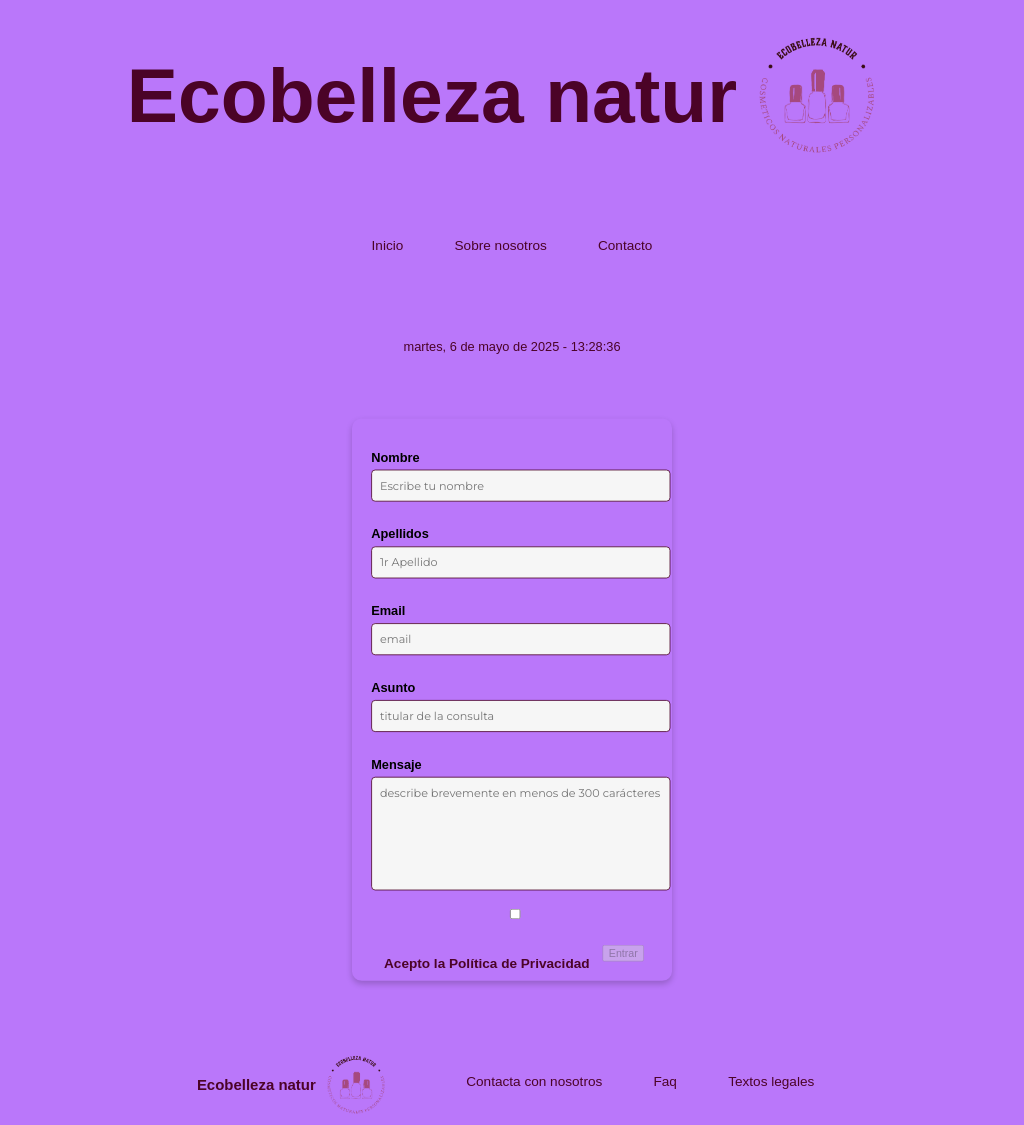
Repository: silvia76-max/ecobelleza-natur
Page: contacto.html
The author's editor kept a copy of each file at every save. The page is drawn from the files as they stood at one save, then again after the next save.
The browser window is 1280 px wide. The pictures show the whole page, at 80% of full size.
Some web fonts or font styles are not loaded; a fallback is used.

Above is the page before, as saved 2025-05-08 10:13:54.

### contacto.html
<!DOCTYPE html>
<html lang="en">
<head>
    <meta charset="UTF-8">
    <meta name="viewport" content="width=device-width, initial-scale=1.0">
    <title>Ecobelleza natur</title>
    <link rel="stylesheet" href="styles/style.css">
    <link rel="stylesheet" href="styles/contacto.css">
    <link rel="icon" type="image/svg+xml" href="/favicon.svg" />
    <link rel="preconnect" href="https://fonts.googleapis.com">
<link rel="preconnect" href="https://fonts.gstatic.com" crossorigin>
<link href="https://fonts.googleapis.com/css2?family=Montserrat:ital,wght@0,100..900;1,100..900&family=Winky+Sans:ital,wght@0,300..900;1,300..900&display=swap" rel="stylesheet">
</head>
<body>
    <header class="hero">
     <h1>Ecobelleza natur</h1>
     <img src="img/logo.png" alt="logo ecobelleza natur">
    </header>
     <nav class="navbar">
        <ul>
            <li><a href="index.html">Inicio</a></li>
            <li><a href="about.html">Sobre nosotros</a></li>
            <li><a href="contacto.html">Contacto</a></li>
        </ul>
     </nav>
     <main class="contenedor">
        <div id="dateTimeDisplay" class="date-container">Cargando...</div>
     </main>

     <form action="#" target="" method="get" name="formDatosPersonales">

        <label for="nombre">Nombre</label>
        <input type="text" name="nombre" id="nombre" placeholder="Escribe tu nombre"/>

        <label for="apellidos">Apellidos</label>
        <input type="text" name="apellidos" id="apellidos" placeholder="1r Apellido"/>

        <label for="email" />Email</label>
        <input type="email" name="email" id="email" placeholder="email" required />

        <label for="asunto">Asunto</label>
        <input type ="text" name="asunto" id="asunto" placeholder="titular de la consulta"/>

        <label for="mensaje">Mensaje</label>
        <textarea name="mensaje" for="mensaje" placeholder="describe brevemente en menos de 300 carácteres" maxlength="300"></textarea>

        <input type="checkbox" id="acceptTerms">
        <label for="acceptTerms"><a href="#">Acepto la Política de Privacidad</a></label>

         <button type="submit" id="submitBtn" disabled>Entrar</button>
    </form>


    <footer>
        <h3>Ecobelleza natur</h3>
        <img src="img/logo.png" alt="logo ecobelleza natur">
        <ul>
         <li><a href="donde nos encontramos"></a>Contacta con nosotros</li>
         <li><a href="preguntas frecuentes"></a>Faq</li>
         <li><a href="textos legales"></a>Textos legales</li>
       </ul>
     </footer>
     <script src="script.js"></script>
 </body>
 </html>

### styles/style.css
body{
    margin:0%;
    padding:0%;
    font-family: "Winky Sans", sans-serif;
    font-style: bold;
    background-color: rgb(186, 119, 250);
  }
header{
    display: flex;
    justify-content: center;
    align-items: center;
}
.hero h1{
    color: rgb(75, 3, 39);
    font-size: 6rem;
}
.hero img{
    width: 200px;
    height: 200px;

}
.navbar{
    display: flex;
   justify-content: center;
   align-items:center;

}
.navbar ul, li, a{
    text-decoration: none;
    list-style: none;
    float: left;
    color:rgb(75, 3, 39);
    text-align: center;
    padding: 14px 16px;
    text-decoration: none;
    font-size: 17px;
}
.contenedor {
    max-width: 100%;
    margin: 3rem auto;
    text-align: center;
    color: rgb(75, 3, 39);
}

.container{
    display: flex;
    flex-direction: column;
    justify-content: center;
    align-items:center;
}
.container h2{
    font-size: 1.5rem;
    color:rgb(75, 3, 39);
}

.container p{
    font-size: 1rem;
    color:rgb(75, 3, 39);

}
.images {
    display: grid;
    grid-template-columns: repeat(3, 1fr);
    gap: 1rem;
    justify-content: center;
    margin-bottom: 2rem;
}
.images img {
    width: 100%;
    max-width: 250px;
    height: auto;
    border-radius: 10px;
    box-shadow: 0 4px 6px rgba(0, 0, 0, 0.1);
}


footer{
    margin-top: 50px;
    display: flex;
    justify-content: center;
    align-items:center;
 }
 footer ul {
    color: rgb(75, 3, 39);
    text-decoration: none;
    list-style: none;
 }
footer h3{
    color: rgb(75, 3, 39);
}
footer img{
    width: 100px;
    height: 100px;
    justify-content: center;
    align-items:center;
}
/* Media Query para moviles */
@media (max-width: 768px) {
    .hero h1 {
        font-size: 3rem;
    }

    .navbar {
        flex-direction: column;
    }

    .navbar a {
        padding: 12px 20px;
        font-size: 1.2rem;
    }

    .container h2 {
        font-size: 1.8rem;
    }

    .container p {
        font-size: 1.1rem;
    }

    .images {
        grid-template-columns: repeat(2, 1fr);
    }

    footer h3 {
        font-size: 1.8rem;
    }

    footer img {
        width: 60px;
        height: 60px;
    }

    footer ul {
        flex-direction: column;
    }

    footer ul li {
        margin-bottom: 0.5rem;
    }
}

### styles/contacto.css

.contenedor {
    max-width: 100%;
    margin: 3rem auto;
    text-align: center;
    color: rgb(75, 3, 39);
}
form {
	display: block;
	margin: 5rem auto;
    box-sizing: border-box;
    width: 100%;
    max-width: 400px;
    padding: 24px;
    border-radius: 12px;
    background-color: rgb(186, 119, 250);
    box-shadow: 0 4px 8px rgba(0, 0, 0, 0.2);
}

form label {
    font-weight: bold;
    display: block;
    margin-top: 16px;
    margin-bottom: 6px;
}

form input[type="text"],
form input[type="email"],
form input[type="checkbox"],
textarea {
    width: 100%;
    padding: 10px;
    border: 1px solid rgb(75, 3, 39);
    border-radius: 5px;
    background-color: #f6f6f6;
    margin-bottom: 16px;
    font-family: 'Montserrat', sans-serif;
    font-size: 14px;
}

.acceptTerms {
    width: auto;
    margin-right: 10px;
}

.button {
    width: 100%;
    padding: 12px;
    margin-top: 16px;
    border: none;
    border-radius: 5px;
    background-color: rgb(75, 3, 39);
    color: #fff;
    font-weight: bold;
    font-size: 16px;
    cursor: pointer;
    transition: background-color 0.3s;
}

.button:disabled{
    background-color: rgb(50, 2, 26);
}
.button:hover:not(:disabled) {
    background:rgb(188, 1, 95);
  }

textarea {
    resize: none;
    height: 120px;
}
/* Media Query para moviles */
@media (max-width: 768px) {
    .hero h1 {
        font-size: 3rem;
    }

    .navbar {
        flex-direction: column;
    }

    .navbar a {
        padding: 12px 20px;
        font-size: 1.2rem;
    }

	form {
		display: block;
		margin: 5rem auto;
		box-sizing: border-box;
		width: 80%;
		max-width: 300px;
		padding: 24px;
		border-radius: 12px;
		background-color: rgb(186, 119, 250);
		box-shadow: 0 4px 8px rgba(0, 0, 0, 0.2);
	}


    footer h3 {
        font-size: 1.8rem;
    }

    footer img {
        width: 60px;
        height: 60px;
    }

    footer ul {
        flex-direction: column;
    }

    footer ul li {
        margin-bottom: 0.5rem;
    }
}

### script.js
//1- Script Fecha y Hora
function updateDateTime() {
    const dateTimeDisplay = document.getElementById("dateTimeDisplay");
    if (!dateTimeDisplay) return;

    const now = new Date();
    const options = { weekday: 'long', year: 'numeric', month: 'long', day: 'numeric' };
    const formattedDate = now.toLocaleDateString('es-ES', options);
    const formattedTime = now.toLocaleTimeString('es-ES', { hour: '2-digit', minute: '2-digit', second: '2-digit' });

    dateTimeDisplay.textContent = `${formattedDate} - ${formattedTime}`;
  }
  updateDateTime();
  setInterval(updateDateTime, 1000);

//2- activar boton submit al aceptar condiciones del checkbox
  const acceptTerms = document.getElementById('acceptTerms');
  const submitBtn = document.getElementById('submitBtn');

  if (acceptTerms && submitBtn) {
    acceptTerms.addEventListener('change', () => {
      submitBtn.disabled = !acceptTerms.checked;
    });
  }

//3-modal con login
  const modal = document.getElementById('loginModal');
  const openBtn = document.getElementById('openLogin');
  const closeBtn = document.querySelector('.close');

  if (openBtn && modal) {
    openBtn.addEventListener('click', () => {
      modal.style.display = 'block';
    });
  }

  if (closeBtn && modal) {
    closeBtn.addEventListener('click', () => {
      modal.style.display = 'none';
    });
  }

  //cerrar modal (X)
  if (modal) {
    window.addEventListener('click', (e) => {
      if (e.target === modal) {
        modal.style.display = 'none';
      }
    });
  }

After the next save:
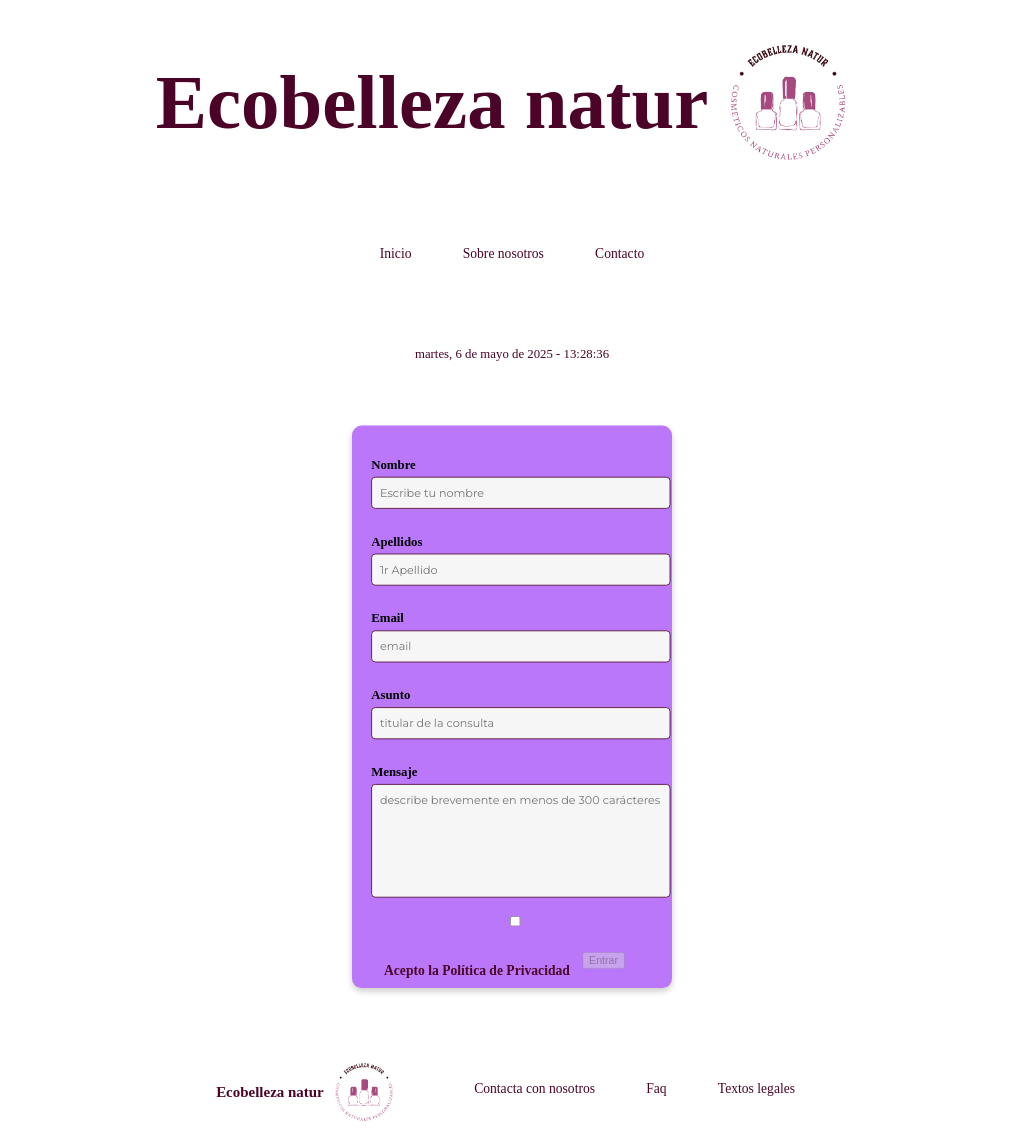
Saved 25 min 53 s later.
--- a/styles/style.css
+++ b/styles/style.css
@@ -1,10 +1,4 @@
-body{
-    margin:0%;
-    padding:0%;
-    font-family: "Winky Sans", sans-serif;
-    font-style: bold;
-    background-color: rgb(186, 119, 250);
-  }
+
 header{
     display: flex;
     justify-content: center;

After the save that followed:
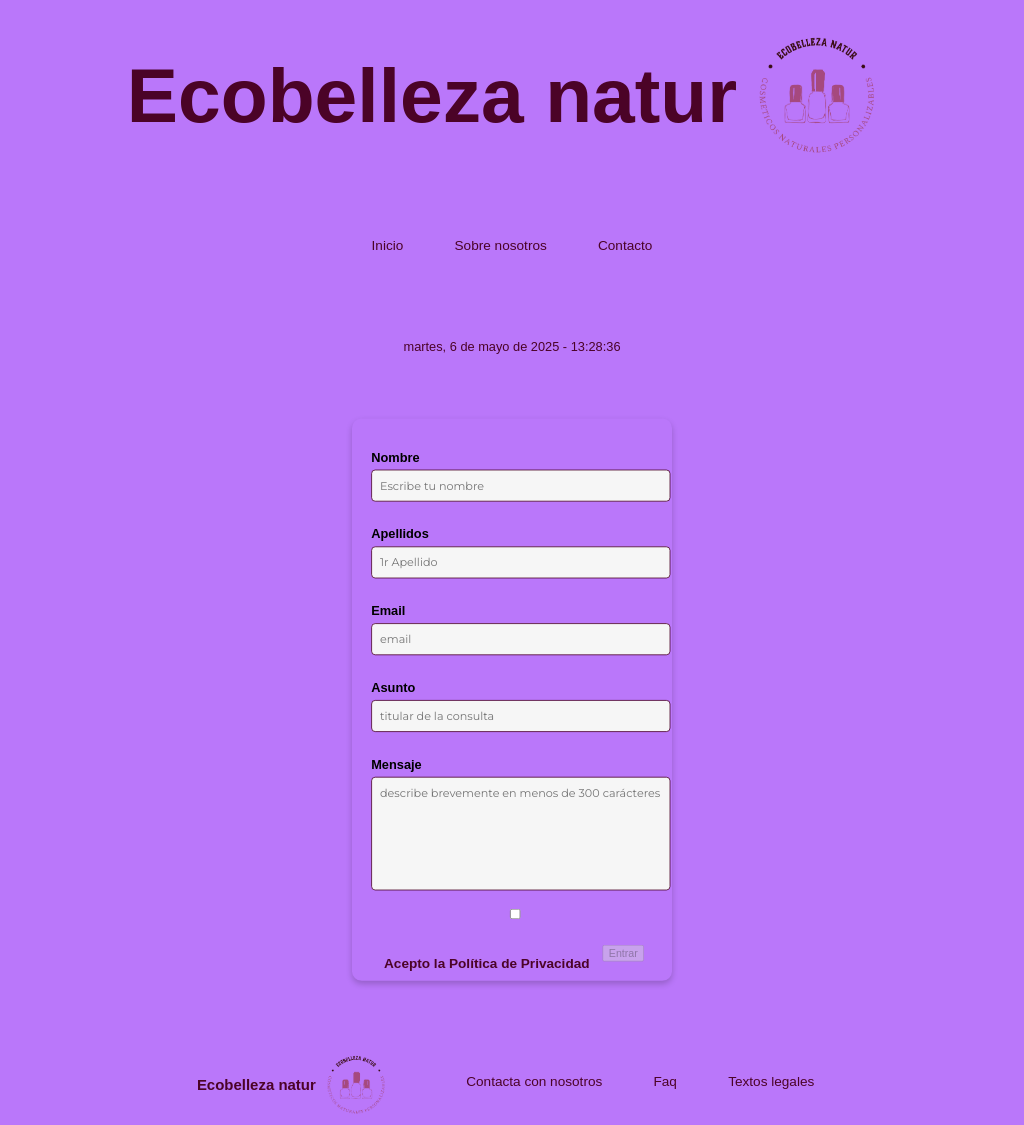
Saved 2 min 58 s later.
--- a/styles/style.css
+++ b/styles/style.css
@@ -1,4 +1,10 @@
-
+body{
+    margin:0%;
+    padding:0%;
+    font-family: "Winky Sans", sans-serif;
+    font-style: bold;
+    background-color: rgb(186, 119, 250);
+  }
 header{
     display: flex;
     justify-content: center;
